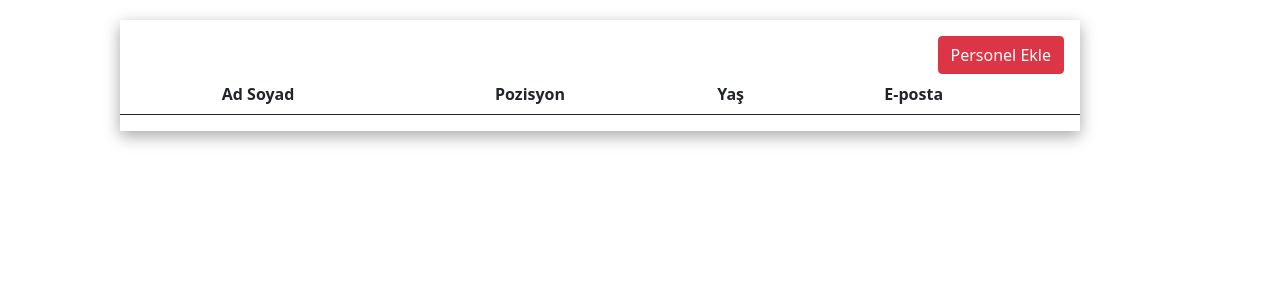
Repository: okankrdg/ReactCoreCRUD
Page: /employee/index (app in ReactCoreCRUD.Web/client/)
These files come from the project's save history. The page is drawn as it stood at one moment and after the next save; the edit follows.
The browser window is 1280 px wide. The pictures show the whole page.
The page's requests for data from a server got no answer. The project was rebuilt for these pictures with package versions that can differ from the ones it lists, and the page was loaded fresh each time. No one was signed in, and anything a server would have sent is missing. Also part of the build but not shown: ReactCoreCRUD.Web/client/src/pages/Employee/createOrEdit.tsx, ReactCoreCRUD.Web/client/src/pages/Exception/index.tsx.

Above is the page before, as saved 2021-10-10 22:23:02.

### ReactCoreCRUD.Web/client/src/index.tsx
import React from "react";
import ReactDOM from "react-dom";
import "./index.css";
import App from "./App";
import { Router } from "react-router-dom";
import "./dist/bootstrap/bootstrap.min.css";
import history from "./history.js";
ReactDOM.render(
  <React.StrictMode>
    <Router history={history}>
      <App />
    </Router>
  </React.StrictMode>,
  document.getElementById("root")
);

### ReactCoreCRUD.Web/client/src/index.css
body {
  margin: 0;
  font-family: -apple-system, BlinkMacSystemFont, 'Segoe UI', 'Roboto', 'Oxygen',
    'Ubuntu', 'Cantarell', 'Fira Sans', 'Droid Sans', 'Helvetica Neue',
    sans-serif;
  -webkit-font-smoothing: antialiased;
  -moz-osx-font-smoothing: grayscale;
}

code {
  font-family: source-code-pro, Menlo, Monaco, Consolas, 'Courier New',
    monospace;
}
.employeeForm{
      padding: 20px;
      text-align: left;
      border: 2px solid #e5e3e3;
      box-shadow: 3px 3px 3px rgna(1,1,1,1);
      box-shadow: rgb(0 0 0 / 35%) 0px 5px 15px;

}
.App{
  text-align: center;
    display: flex;
    justify-content: center;
    max-width: 1200px;
    margin-top: 20px;
}
.employee-index{
  width: 80%;
  box-shadow: rgb(0 0 0 / 35%) 0px 5px 15px;
}

### ReactCoreCRUD.Web/client/src/App.tsx
import { Switch, Route } from "react-router-dom";
import CreateOrEdit from "./pages/Employee/createOrEdit";
import Index from "./pages/Employee";
import Exception from "./pages/Exception/index";
import "./App.css";

function App() {
  return (
    <div className="App">
      <Switch>
        <Route path="/employee/edit/:id" component={CreateOrEdit} />
        <Route path="/employee/create" component={CreateOrEdit} />
        <Route path="/employee/index" component={Index} />
        <Route path="/exception/type=:type" component={Exception} />
      </Switch>
    </div>
  );
}

export default App;

### ReactCoreCRUD.Web/client/src/pages/Employee/index.tsx
import { useState, useEffect } from "react";
import {
  employeeService,
  EmployeeIndexDTO,
} from "../../services/EmployeeService";
import { Table, Button } from "react-bootstrap";
import { useHistory } from "react-router-dom";

function Index() {
  const [employees, setEmployees] = useState<EmployeeIndexDTO[]>([]);
  const history = useHistory();
  useEffect(() => {
    employeeService
      .getAll()
      .then((response) => {
        setEmployees(response.data);
      })
      .catch((e) => {
        console.log(e);
      });
  }, []);
  const deleteRow = (id: number) => {
    console.log(id);
    employeeService.delete(id).then((response) => {
      console.log(response);
      if (response.status === 200) {
        setEmployees(employees.filter((e) => e.id !== id));
      }
    });
  };
  return (
    <div className="employee-index">
      <div className="d-flex justify-content-end me-3 mt-3">
        <Button
          variant="danger"
          onClick={() => history.push("/employee/create")}
        >
          Personel Ekle
        </Button>
      </div>
      <Table striped hover responsive>
        <thead>
          <tr>
            <th>Ad Soyad</th>
            <th className="d-none d-sm-table-cell">Pozisyon</th>
            <th className="d-none d-sm-table-cell">Yaş</th>
            <th className="d-none d-md-table-cell">E-posta</th>
            <th></th>
          </tr>
        </thead>
        <tbody>
          {employees.map((pt, index) => {
            return (
              <tr key={index}>
                <td>{pt.firstName + pt.lastName}</td>
                <td className="d-none d-sm-table-cell">
                  {pt.employeeTypeName}
                </td>
                <td className="d-none d-sm-table-cell">{pt.age}</td>
                <td className="d-none d-md-table-cell">{pt.email}</td>
                <td>
                  <Button
                    variant="primary"
                    className="mx-1"
                    onClick={() => history.push("/employee/edit/" + pt.id)}
                  >
                    Güncelle
                  </Button>
                  <Button variant="danger" onClick={() => deleteRow(pt.id)}>
                    Sil
                  </Button>
                </td>
              </tr>
            );
          })}
        </tbody>
      </Table>
    </div>
  );
}

export default Index;

### ReactCoreCRUD.Web/client/src/services/EmployeeService.ts
import axios from "axios";
import history from "../history";

export interface EmployeeDTO {
  firstName: string;
  lastName: string;
  birthDate: string;
  email: string;
  employeeTypeId: number | undefined;
}
export interface EmployeeIndexDTO {
  id: number;
  firstName: string;
  lastName: string;
  age?: number;
  email: string;
  employeeTypeName: string;
}
export interface EmployeeType {
  id: string;
  name: string;
}
const baseUrl = `/api/`;
const http = axios.create({
  baseURL: baseUrl,
  headers: {
    "Content-type": "application/json",
  },
});

const getAll = () => {
  return http.get<EmployeeIndexDTO[]>("employee");
};
const getById = (id: number) => {
  return http.get<EmployeeDTO>(`employee?id=${id}`);
};
const create = (model: EmployeeDTO) => {
  return http.post<EmployeeDTO>("employee", model);
};
const update = (model: EmployeeDTO, id: number) => {
  return http.put<EmployeeDTO>("employee", { ...model, id });
};
const _delete = (id: number) => {
  return http.delete(`employee?id=${id}`);
};
const getEmployeeTypes = () => {
  return http.get<EmployeeType[]>("employeeTypes");
};
http.interceptors.response.use(
  (response) => {
    return response;
  },
  (error) => {
    if (!error.response || typeof error.response.data !== "object") {
      setTimeout(() => {}, 1000);
      return Promise.reject(error);
    }
    const { status, config, data } = error.response;
    console.log(status, config, data);
    if (config.method === "get") {
      if (status === 401) {
        history.push("/exception/type=401");
      } else if (status === 403) {
        history.push("/exception/type=403");
      } else if (status === 404) {
        history.push("/exception/type=404");
      } else if (status === 500) {
        history.push("/exception/type=500");
      }
    }
  }
);
export const employeeService = {
  getAll,
  getById,
  create,
  update,
  delete: _delete,
  getEmployeeTypes,
};

Loaded but not shown: ReactCoreCRUD.Web/client/public/index.html (common file); ReactCoreCRUD.Web/client/src/dist/bootstrap/bootstrap.min.css (library); ReactCoreCRUD.Web/client/src/history.js (common file); ReactCoreCRUD.Web/client/src/App.css (common file)

After the next save:
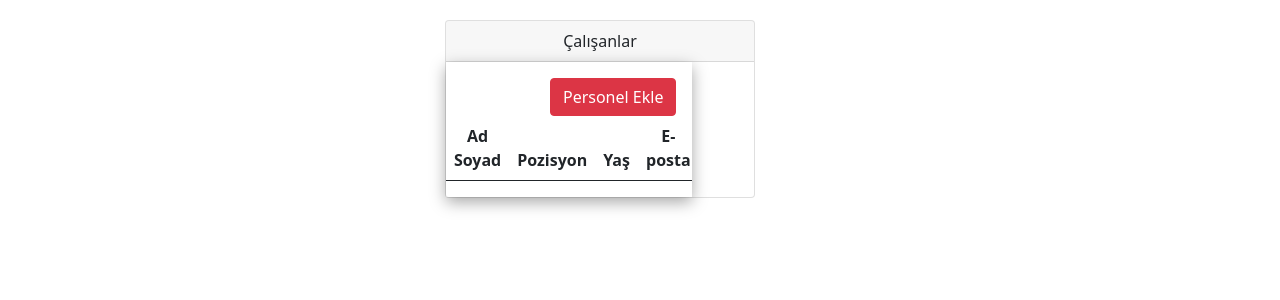
Saved 58 s later.
--- a/ReactCoreCRUD.Web/client/src/pages/Employee/index.tsx
+++ b/ReactCoreCRUD.Web/client/src/pages/Employee/index.tsx
@@ -29,52 +29,55 @@ function Index() {
     });
   };
   return (
-    <div className="employee-index">
-      <div className="d-flex justify-content-end me-3 mt-3">
-        <Button
-          variant="danger"
-          onClick={() => history.push("/employee/create")}
-        >
-          Personel Ekle
-        </Button>
+    <div className="card">
+      <div className="card-header">Çalışanlar</div>
+      <div className="employee-index">
+        <div className="d-flex justify-content-end me-3 mt-3">
+          <Button
+            variant="danger"
+            onClick={() => history.push("/employee/create")}
+          >
+            Personel Ekle
+          </Button>
+        </div>
+        <Table striped hover responsive>
+          <thead>
+            <tr>
+              <th>Ad Soyad</th>
+              <th className="d-none d-sm-table-cell">Pozisyon</th>
+              <th className="d-none d-sm-table-cell">Yaş</th>
+              <th className="d-none d-md-table-cell">E-posta</th>
+              <th></th>
+            </tr>
+          </thead>
+          <tbody>
+            {employees.map((pt, index) => {
+              return (
+                <tr key={index}>
+                  <td>{pt.firstName + pt.lastName}</td>
+                  <td className="d-none d-sm-table-cell">
+                    {pt.employeeTypeName}
+                  </td>
+                  <td className="d-none d-sm-table-cell">{pt.age}</td>
+                  <td className="d-none d-md-table-cell">{pt.email}</td>
+                  <td>
+                    <Button
+                      variant="primary"
+                      className="mx-1"
+                      onClick={() => history.push("/employee/edit/" + pt.id)}
+                    >
+                      Güncelle
+                    </Button>
+                    <Button variant="danger" onClick={() => deleteRow(pt.id)}>
+                      Sil
+                    </Button>
+                  </td>
+                </tr>
+              );
+            })}
+          </tbody>
+        </Table>
       </div>
-      <Table striped hover responsive>
-        <thead>
-          <tr>
-            <th>Ad Soyad</th>
-            <th className="d-none d-sm-table-cell">Pozisyon</th>
-            <th className="d-none d-sm-table-cell">Yaş</th>
-            <th className="d-none d-md-table-cell">E-posta</th>
-            <th></th>
-          </tr>
-        </thead>
-        <tbody>
-          {employees.map((pt, index) => {
-            return (
-              <tr key={index}>
-                <td>{pt.firstName + pt.lastName}</td>
-                <td className="d-none d-sm-table-cell">
-                  {pt.employeeTypeName}
-                </td>
-                <td className="d-none d-sm-table-cell">{pt.age}</td>
-                <td className="d-none d-md-table-cell">{pt.email}</td>
-                <td>
-                  <Button
-                    variant="primary"
-                    className="mx-1"
-                    onClick={() => history.push("/employee/edit/" + pt.id)}
-                  >
-                    Güncelle
-                  </Button>
-                  <Button variant="danger" onClick={() => deleteRow(pt.id)}>
-                    Sil
-                  </Button>
-                </td>
-              </tr>
-            );
-          })}
-        </tbody>
-      </Table>
     </div>
   );
 }
